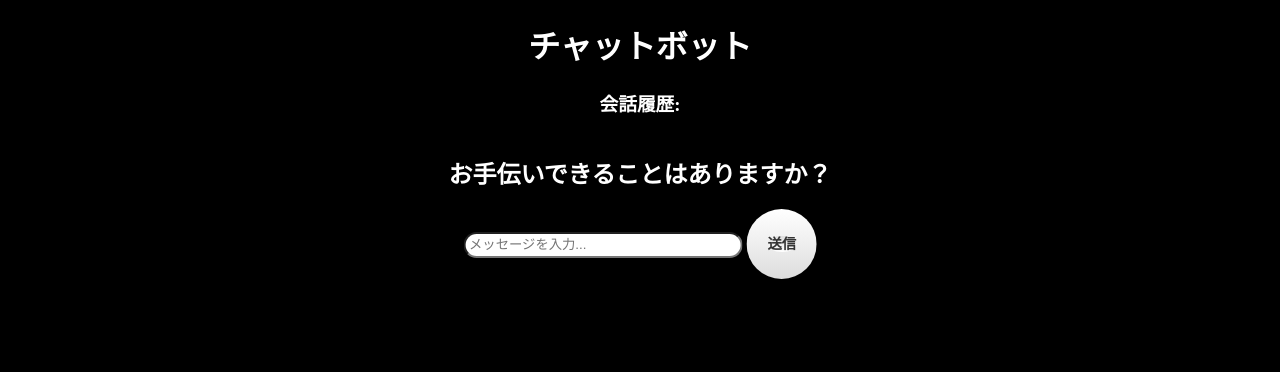
Repository: takumidayo0904/chatbot
Page: http://localhost/ChatBot/
An editor plug-in stored every save of this project. The page is shown before and after the next save, followed by the edit.
The browser window is 1280 px wide. The pictures show the whole page.
The page is served by Tomcat 9.

Above is the page before, as saved 2025-02-03 10:07:58.

After the next save:
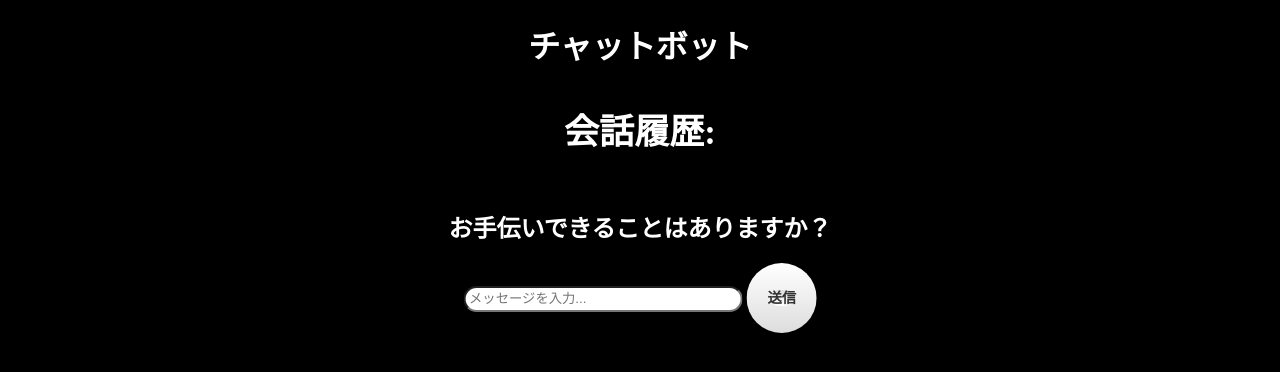
Saved 2 min 5 s later.
--- a/ChatBot/WebContent/index.jsp
+++ b/ChatBot/WebContent/index.jsp
@@ -33,6 +33,7 @@ body {
 
 .chat-messages {
 	color: #FFFFFF;
+	font-size: 30px;
 }
 
 .button-46:hover {
